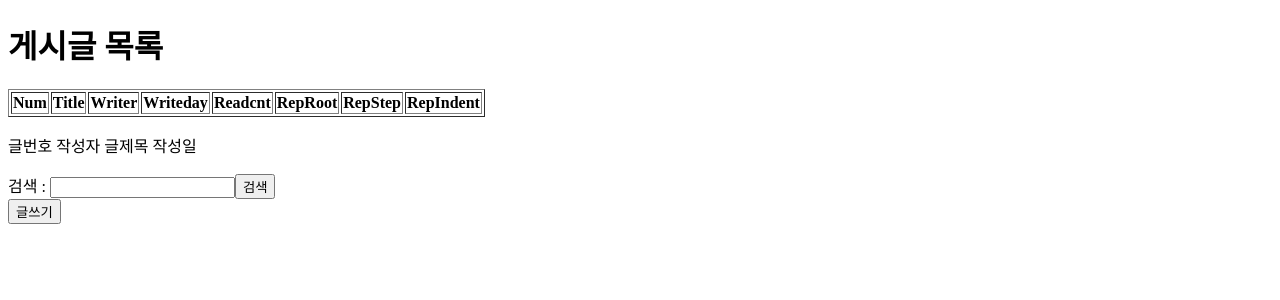
Repository: sanghshlsh/workspace_jsp
Page: http://localhost/Board/list.jsp
These files come from the project's save history. The page is drawn as it stood at one moment and after the next save; the edit follows.
The browser window is 1280 px wide. The pictures show the whole page.
The page is served by Tomcat 9. The template is opened directly, without the code that normally fills it, so the values that code supplies are empty.

Above is the page before, as saved 2020-06-05 06:28:21.

After the next save:
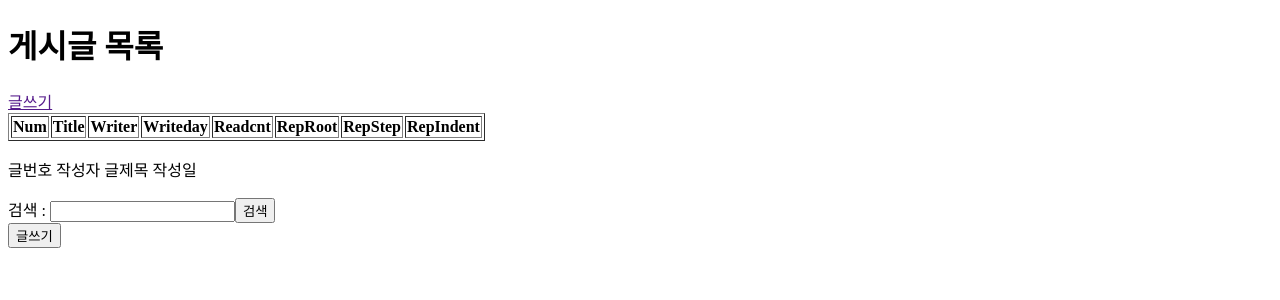
Saved 17 s later.
--- a/Board/WebContent/list.jsp
+++ b/Board/WebContent/list.jsp
@@ -12,7 +12,7 @@
 </head>
 <body>
 <h1>게시글 목록</h1>
-
+<a href="">글쓰기</a>
 
 
 <table border="1">
